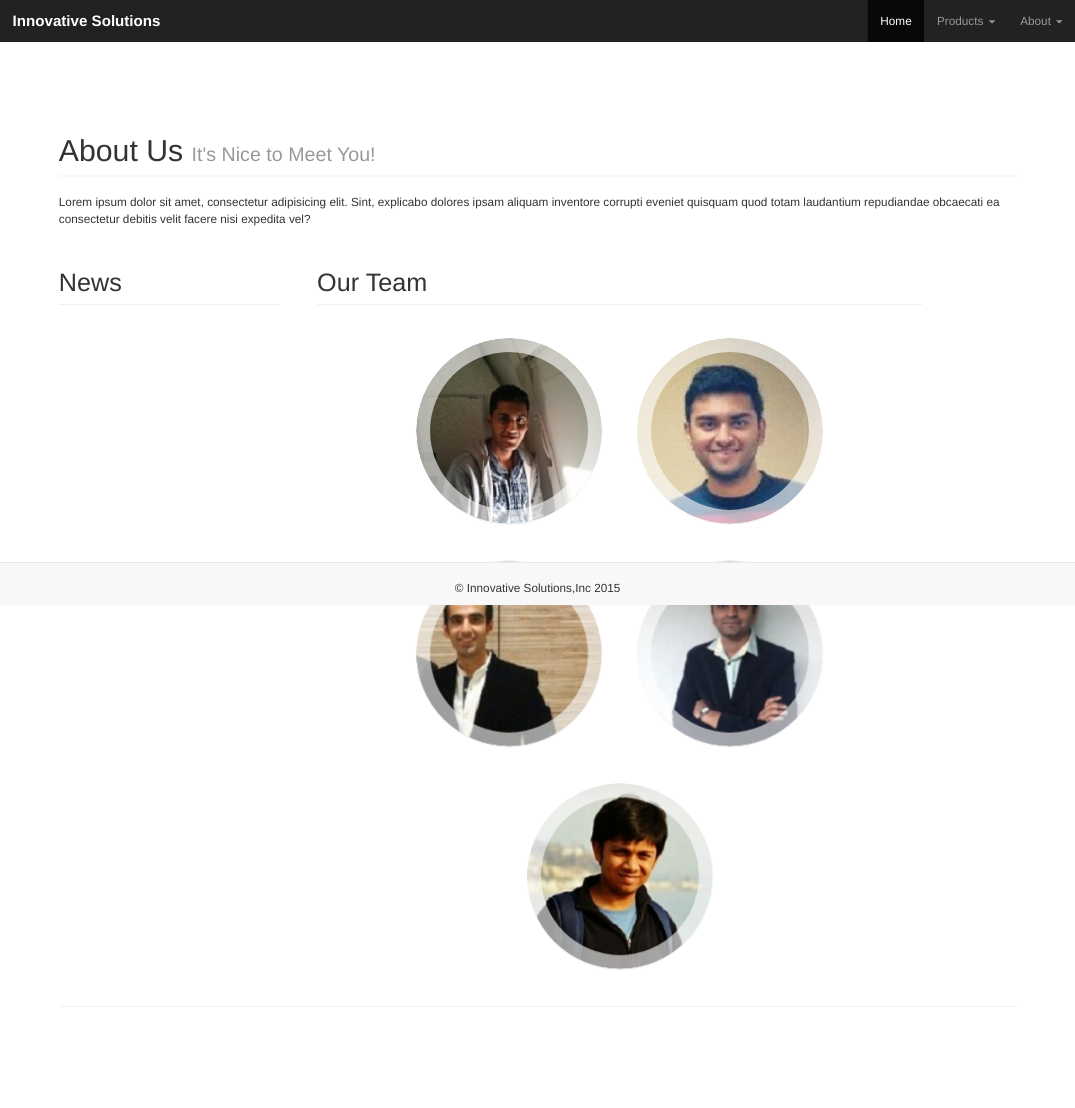
Repository: snketdesai/CMPE-280
Page: team.html
The author's editor kept a record of every edit. The page is drawn from the files as they stood at one moment, then again after the next edit.
The browser window is 1280 px wide. The pictures show the whole page, at 84% of full size.
Some web libraries are served in a nearby version.

Above is the page before.

After the next edit:
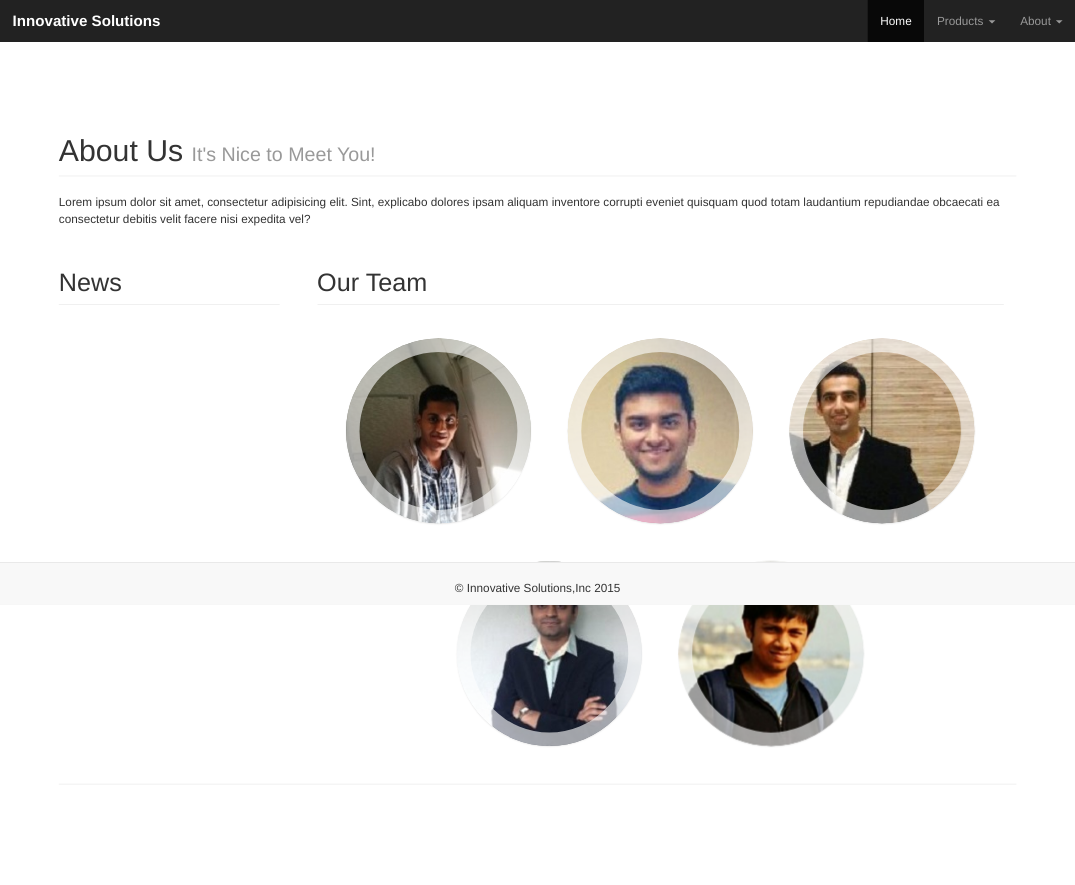
The edit:
--- a/team.html
+++ b/team.html
@@ -78,7 +78,7 @@
                     <script src="http://nmp.newsgator.com/NGBuzz/buzz.ashx?buzzId=81519&apiToken=C9A08C5818F54101B19714C0283D5F70&trkP=&trkM=B3AA8BF8-9242-6D29-39CA-1127C08F8AE2" type="text/javascript"></script>
                 </div>
             </div>
-        <div class="col-lg-8">
+        <div class="col-lg-9">
             <div class="col-lg-12">
                 <h2 class="page-header">Our Team</h2>
             </div>
